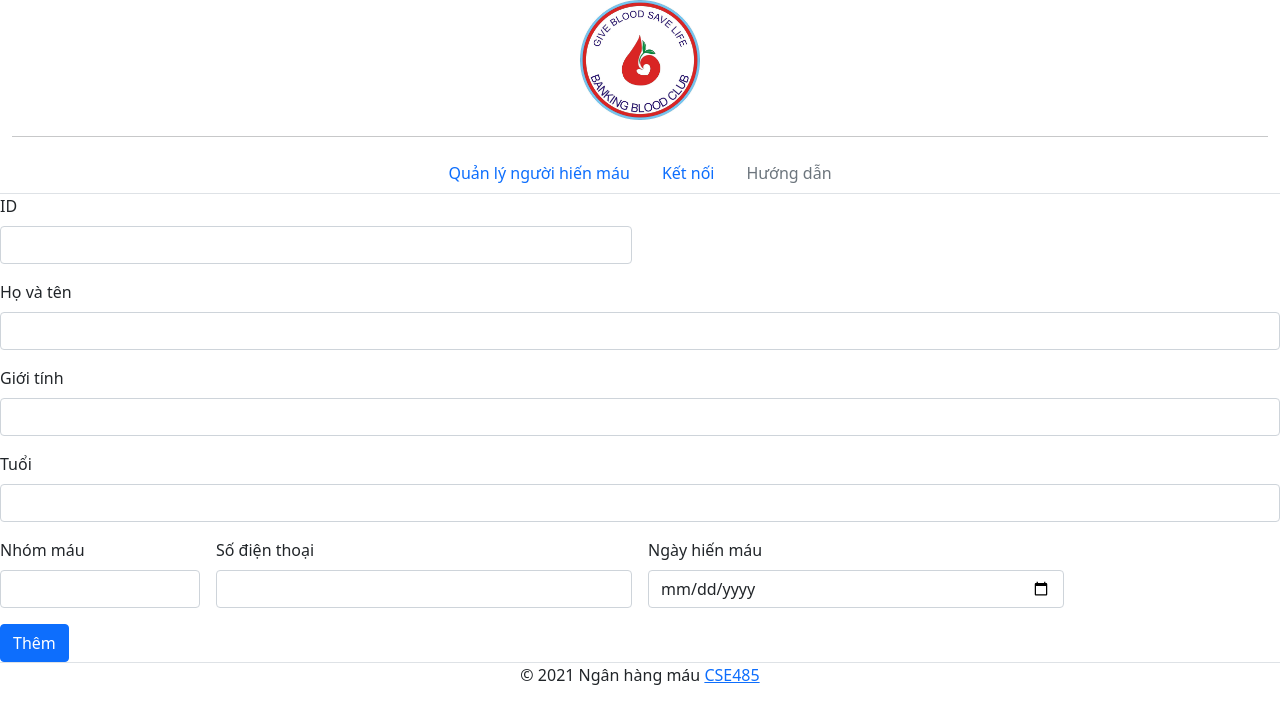
Repository: lengso01/CSE485_K61_KTGK_1951060981
Page: http://localhost/add-ds.php
These files come from the project's save history. The page is drawn as it stood at one moment and after a run of saves; the edit follows.
The browser window is 1280 px wide. The page is 1288 px wide, then 1280 px, so the pictures cover 1288 px, including what lies to the right of the window. The pictures show the whole page.
Some web libraries are served in a nearby version. The page is run by PHP 8.4 with error messages shown; the project is at /var/www/html/.

Above is the page before, as saved 2021-10-21 11:36:54.

After the next 2 saves:
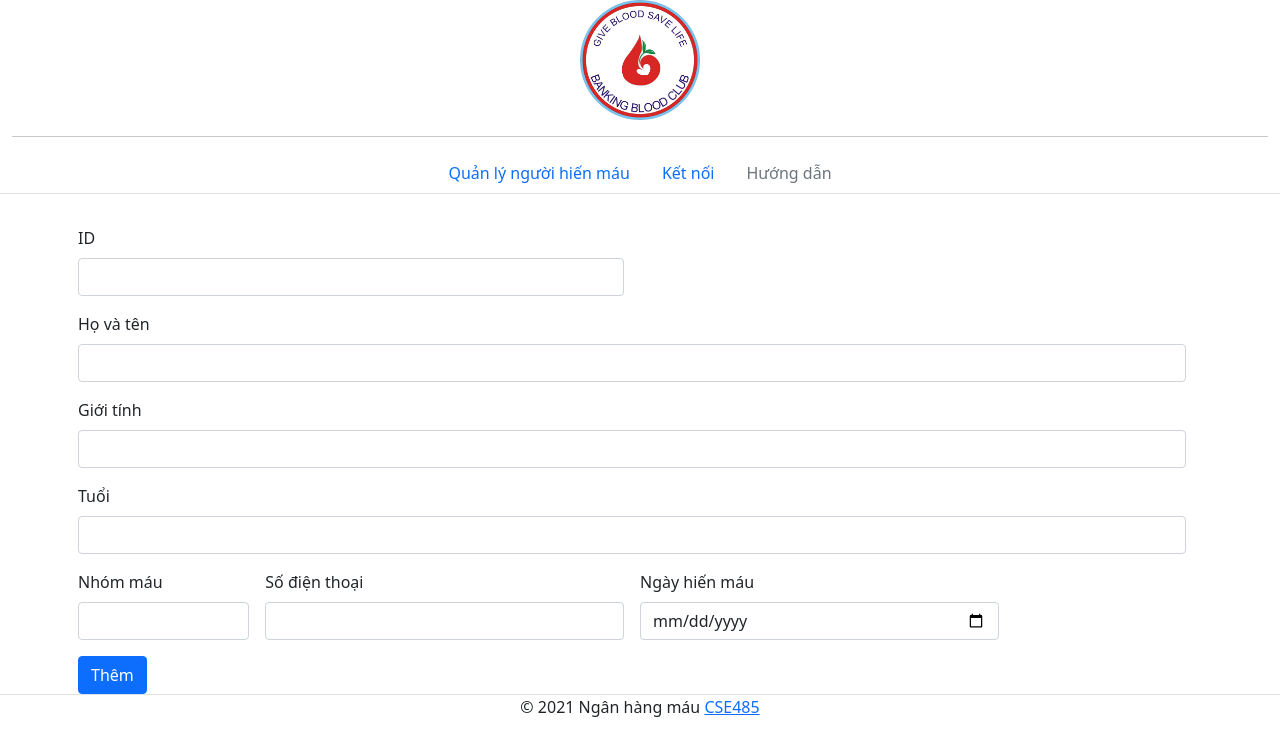
The 2 saves are shown as one change because they came seconds apart.
The last was saved 106 s later.
--- a/src/add-ds.php
+++ b/src/add-ds.php
@@ -2,40 +2,47 @@
 include('config/db.php');
 include('header.php');
 ?>
+<style>
+
+</style>
 <main>
-<form class="row g-3">
-  <div class="col-md-6">
-    <label for="inputID" class="form-label">ID</label>
-    <input type="number" class="form-control" id="inputID" name="id">
-  </div>
-  <div class="col-md-12">
-    <label for="inputName" class="form-label">Họ và tên</label>
-    <input type="text" class="form-control" id="inputName" name="name">
-  </div>
-  <div class="col-12">
-    <label for="inputSex" class="form-label">Giới tính</label>
-    <input type="text" class="form-control" id="inputSex" name="sex" >
-  </div>
-  <div class="col-12">
-    <label for="inputAge" class="form-label">Tuổi</label>
-    <input type="number" class="form-control" id="inputAge" name="age">
-  </div>
-  <div class="col-md-2">
-    <label for="inputMau" class="form-label">Nhóm máu</label>
-    <input type="text" class="form-control" id="inputMau" name="mau">
-  </div>
-  <div class="col-md-4">
-    <label for="inputStd" class="form-label">Số điện thoại</label>
-    <input type="text" class="form-control" id="inputStd" name="std">
-  </div>
-  <div class="col-md-4">
-    <label for="inputNgay" class="form-label">Ngày hiến máu</label>
-    <input type="date" class="form-control" id="inputNgay" name="ngay">
-  </div>
-  <div class="col-12">
-    <button name="add" type="submit" class="btn btn-primary">Thêm</button>
-  </div>
-</form>
+<div class="container">
+    <div class="row">
+            <form class="row g-3">
+            <div class="col-md-6">
+                <label for="inputID" class="form-label">ID</label>
+                <input type="number" class="form-control" id="inputID" name="id">
+            </div>
+            <div class="col-md-12">
+                <label for="inputName" class="form-label">Họ và tên</label>
+                <input type="text" class="form-control" id="inputName" name="name">
+            </div>
+            <div class="col-12">
+                <label for="inputSex" class="form-label">Giới tính</label>
+                <input type="text" class="form-control" id="inputSex" name="sex" >
+            </div>
+            <div class="col-12">
+                <label for="inputAge" class="form-label">Tuổi</label>
+                <input type="number" class="form-control" id="inputAge" name="age">
+            </div>
+            <div class="col-md-2">
+                <label for="inputMau" class="form-label">Nhóm máu</label>
+                <input type="text" class="form-control" id="inputMau" name="mau">
+            </div>
+            <div class="col-md-4">
+                <label for="inputStd" class="form-label">Số điện thoại</label>
+                <input type="text" class="form-control" id="inputStd" name="std">
+            </div>
+            <div class="col-md-4">
+                <label for="inputNgay" class="form-label">Ngày hiến máu</label>
+                <input type="date" class="form-control" id="inputNgay" name="ngay">
+            </div>
+            <div class="col-12">
+                <button name="add" type="submit" class="btn btn-primary">Thêm</button>
+            </div>
+            </form>
+        </div>
+    </div>
 </main>
 <?php
     include('footer.php');
